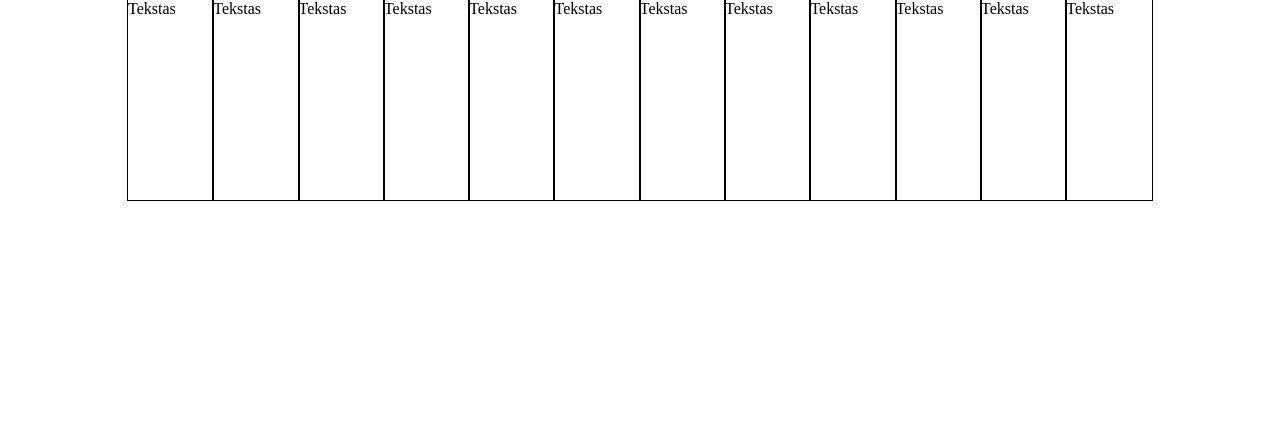
Repository: motiejus1/04-paskaita-praktine-uzduotis
Page: index.html
These files come from the project's save history. The page is drawn as it stood at one moment and after the next save; the edit follows.
The browser window is 1280 px wide. The pictures show the whole page.

Above is the page before, as saved 2021-06-05 11:45:27.

After the next save:
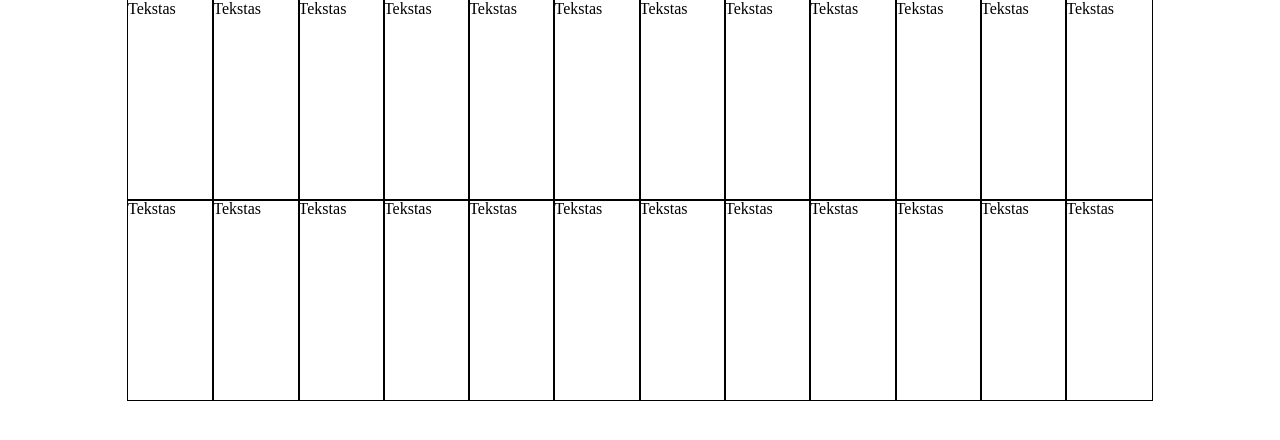
Saved 44 s later.
--- a/index.html
+++ b/index.html
@@ -42,6 +42,18 @@
         <div>Tekstas</div>
         <div>Tekstas</div>
         <div>Tekstas</div>
+        <div>Tekstas</div>
+        <div>Tekstas</div>
+        <div>Tekstas</div>
+        <div>Tekstas</div>
+        <div>Tekstas</div>
+        <div>Tekstas</div>
+        <div>Tekstas</div>
+        <div>Tekstas</div>
+        <div>Tekstas</div>
+        <div>Tekstas</div>
+        <div>Tekstas</div>
+        <div>Tekstas</div>
     </body>
 
 </html>
